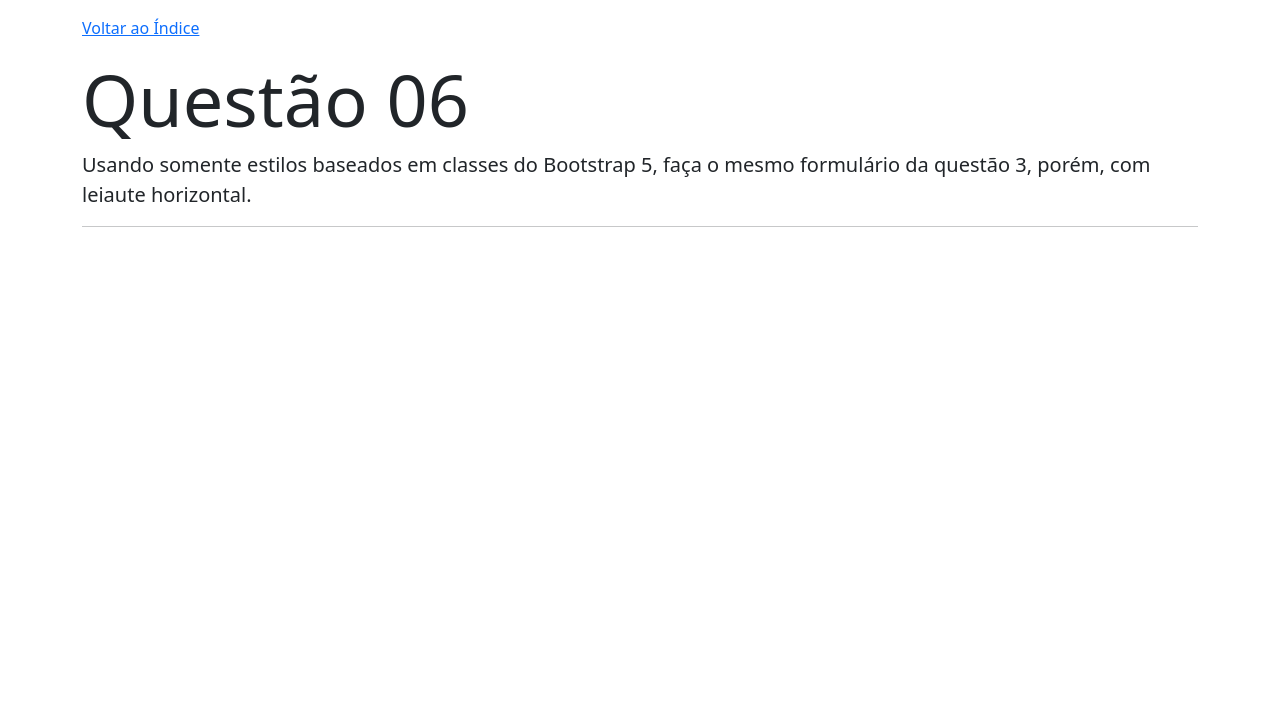
Repository: In-Game-full/Reprograme-se
Page: S-8/Atividade-Pratica-da-Semana-3-do-Replit/questao06.html
The author's editor kept a copy of each file at every save. The page is drawn from the files as they stood at one save, then again after the next save.
The browser window is 1280 px wide. The pictures show the whole page.

Above is the page before, as saved 2023-09-12 14:53:57.

### S-8/Atividade-Pratica-da-Semana-3-do-Replit/questao06.html
<!DOCTYPE html>
<html lang="pt-br">

<head>
    <meta charset="UTF-8">
    <meta http-equiv="X-UA-Compatible" content="IE=edge">
    <meta name="viewport" content="width=device-width, initial-scale=1.0">
    <link href="https://cdn.jsdelivr.net/npm/bootstrap@5.2.2/dist/css/bootstrap.min.css" rel="stylesheet">
    <link href="https://cdn.jsdelivr.net/npm/bootstrap-icons@1.10.2/font/bootstrap-icons.css" rel="stylesheet">
    <script src="https://cdn.jsdelivr.net/npm/bootstrap@5.2.2/dist/js/bootstrap.bundle.min.js"></script>
    <title>Questão 06</title>
</head>

<body>
    <div class="container my-3">
        <p><a href="index.html">Voltar ao Índice</a></p>
        <h1 class="display-2">Questão 06</h1>
        <p class="lead">Usando somente estilos baseados em classes do Bootstrap 5, faça o mesmo formulário da questão 3, porém, com leiaute horizontal.</p>
        <hr>
    </div>
    <!-- Valor: 1.5 pontos -->
    <!-- FAZER AQUI -->
    <div class="container">

    </div>
</body>

</html>

After the next save:
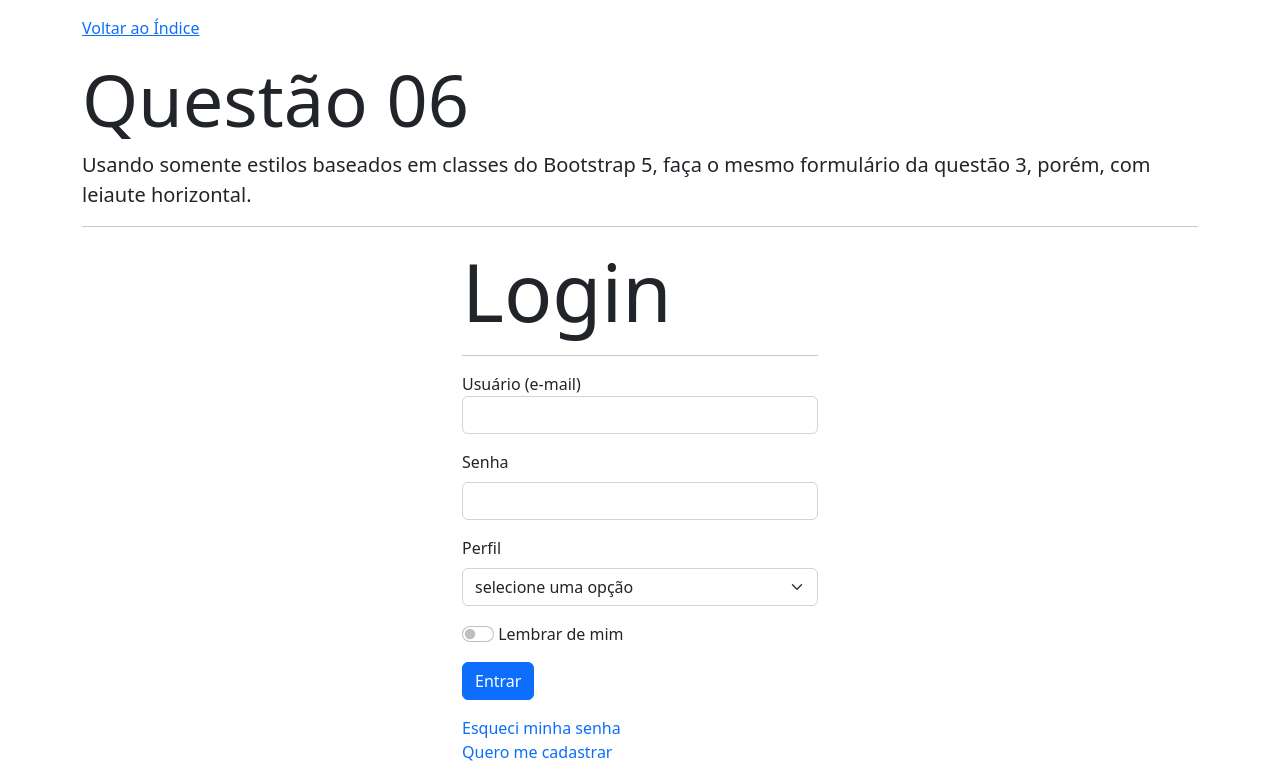
Saved 52 s later.
--- a/S-8/Atividade-Pratica-da-Semana-3-do-Replit/questao06.html
+++ b/S-8/Atividade-Pratica-da-Semana-3-do-Replit/questao06.html
@@ -21,7 +21,44 @@
     <!-- Valor: 1.5 pontos -->
     <!-- FAZER AQUI -->
     <div class="container">
-
+        <div class="row justify-content-center">
+            <div class="col-4">
+                <h1 class="display-1">Login</h1>
+                <hr>
+                <form action="">
+                    <div class="mb-3">
+                        <label for="usuario" cass="form-label">Usuário (e-mail)</label>
+                        <input type="text" id="usuario" class="form-control">
+                    </div>
+                    <div class="mb-3">
+                        <label for="senha" class="form-label">Senha</label>
+                        <input type="text" id="senha" class="form-control">
+                    </div>
+                    <div>
+                        <label for="" class="form-label">Perfil</label>
+                        <div class="col mb-3">
+                            <select name="" id="" class="form-select form-select">
+                                <option value="" selected disabled>selecione uma opção</option>
+                                <option value="">Administrador</option>
+                                <option value="">Gerente</option>
+                                <option value="">Usuário</option>
+                            </select>
+                        </div>
+                    </div>
+                    <div class="mb-3 form-switch">
+                        <input type="checkbox" id="lembrar" class="form-check-input">
+                        <label for="lembrar" class="form-check-label">Lembrar de mim</label>
+                    </div>
+                    <button type="submit" class="btn btn-primary mb-3">Entrar</button>
+                    <div class="mb-0">
+                        <a href="#" class="text-decoration-none">Esqueci minha senha</a>
+                    </div>
+                    <div>
+                        <a href="#" class="text-decoration-none">Quero me cadastrar</a>
+                    </div>
+                </form>
+            </div>
+        </div>
     </div>
 </body>
 
